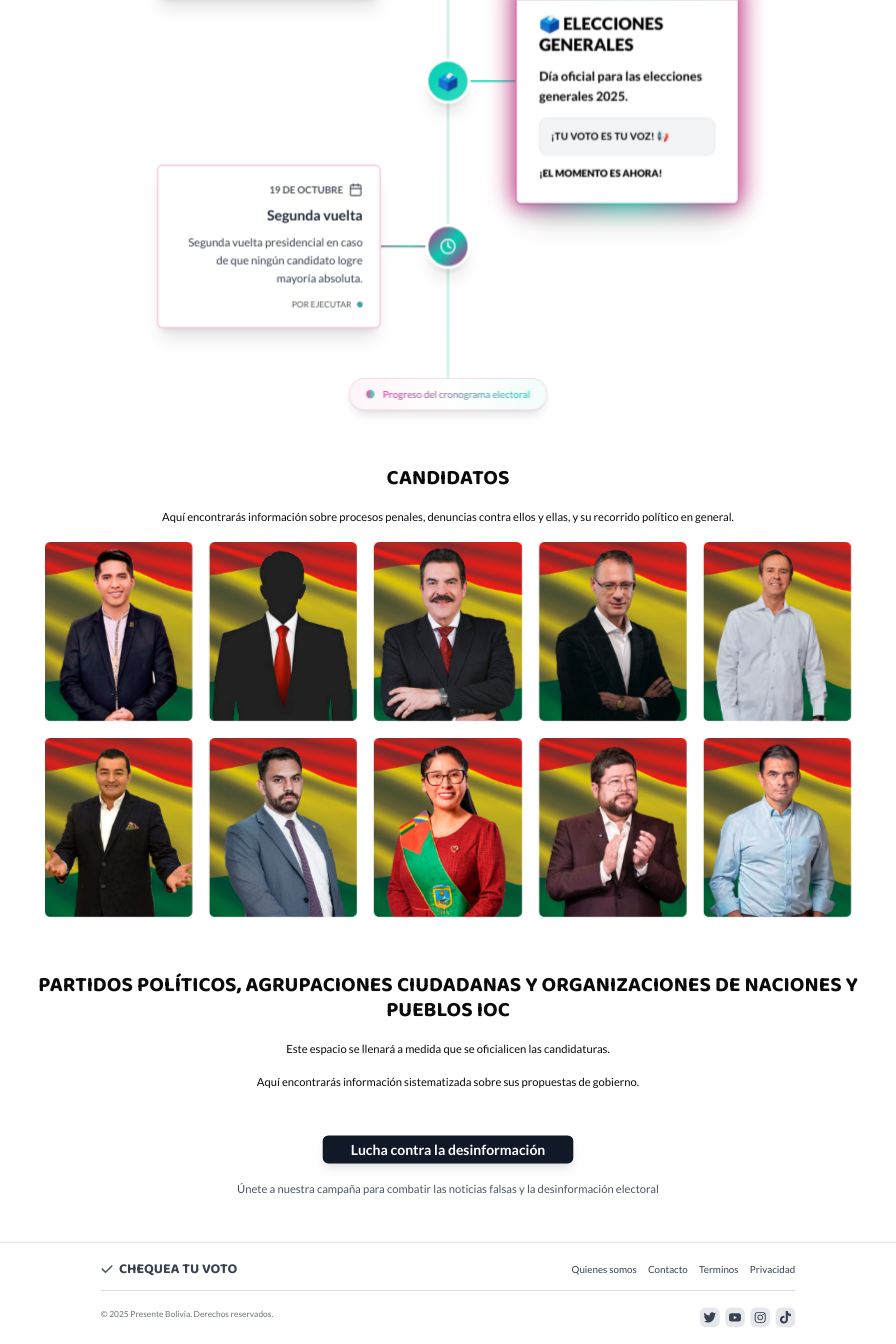
Repository: Roberto8695/chequeatuvoto-v2
Page: /
An editor plug-in stored every save of this project. The page is shown before and after the next save, followed by the edit.
The browser window is 1280 px wide. The pictures show the part of the page from y = 4410 to 6330 px (the page is 6330 px tall), at 70% of full size.
The project was rebuilt for these pictures with package versions that can differ from the ones it lists, and the page was loaded fresh each time. Some packages were replaced by stand-ins written for this rebuild. The framework's server and built-in components were replaced by stand-ins that run in the browser. Also part of the build but not shown: next.config.ts.

Above is the page before, as saved 2025-07-01 18:07:47.

### src/app/layout.tsx
import type { Metadata } from "next";
import { Lato, Baloo_2 } from "next/font/google";
import "./globals.css";
import { Footer } from "./components/footer"; // Ensure correct import path
import { Navbar } from "./components/navbar"; // Ensure correct import path
import Script from "next/script";

const lato = Lato({
  variable: "--font-primary",
  subsets: ["latin"],
  weight: ["300", "400", "700", "900"],
});

const baloo = Baloo_2({
  variable: "--font-secondary",
  subsets: ["latin"],
  weight: ["400", "500", "700"],
});

export const metadata: Metadata = {
  title: "Chequea tu voto",
  description: "Página dedicada a ayudar a la población boliviana a verificar su voto",
  icons: {
    icon: [
      { url: "/logo3.svg", type: "image/svg+xml" },
      { url: "/icon.svg", type: "image/svg+xml" },
    ],
    shortcut: "/logo3.svg",
    apple: "/logo3.svg",
  },
};

export default function RootLayout({
  children,
}: Readonly<{
  children: React.ReactNode;
}>) {
  return (
    <html lang="en">
<body className={`${lato.variable} ${baloo.variable} antialiased`}>
  {/* Google Analytics */}
  <Script
    strategy="afterInteractive"
    src={`https://www.googletagmanager.com/gtag/js?id=G-XXXXXXXXXX`} // Replace with your ID
  />
  <Script
    id="ga-init"
    strategy="afterInteractive"
    dangerouslySetInnerHTML={{
      __html: `
        window.dataLayer = window.dataLayer || [];
        function gtag(){dataLayer.push(arguments);}
        gtag('js', new Date());
        gtag('config', 'G-JVEVFC0HKC', {
          page_path: window.location.pathname,
        });
      `,
    }}
  />

  <div className="flex flex-col min-h-screen">
    <Navbar />
    <main className="flex-1">{children}</main>
    <Footer />
  </div>
</body>

    </html>
  );
}

### src/app/page.tsx
"use client";

import type React from "react";

import { useState, useEffect } from "react";
import {
  Users,
  MessageSquare,
  Vote,
  History,
  UserCheck,
  FileCheck,
} from "lucide-react";
import { Button } from "@/components/ui/button";
import { CardCandidatos } from "./components/card-candidatos";
import HeroSection from "@/components/ui/hero-section";
import FeaturesGrid from "@/components/ui/features-grid";
import AnimatedTimeline from "@/components/ui/animated-timeline";
import LoadingScreen from "@/components/ui/loading-screen";
import Link from "next/link";

const features = [
  {
    name: "¿Sé para qué son estas elecciones? ¿Entiendo la importancia de mi voto?",
    description:
      "Este 2025 elegiremos al Presidente, Vicepresidente y representantes de la Asamblea Legislativa Plurinacional.",
    moreInfo:
      "En 2025 no solo elegiremos al próximo Presidente y Vicepresidente de Bolivia. También decidiremos quiénes nos representarán en la Asamblea Legislativa Plurinacional. Serán 130 diputadas y diputados y 36 senadoras y senadores que tendrán en sus manos la creación, modificación y aprobación de leyes que afectarán directamente nuestra vida cotidiana. Los candidatos varían según tu departamento y tu provincia. Cada voto cuenta y es importante, porque durante los próximos cinco años, estas autoridades influirán en decisiones clave sobre nuestra economía, salud, educación, seguridad y justicia.",

    risks: [
      "Pienso que la política no me afecta y por eso no es importante informarse.",
      "Voto porque es obligatorio y para poder hacer transacciones bancarias.",
      "Pienso a menudo que mi voto no hará la diferencia.",
      "Pienso que tengo que votar por alguien que solo solucione lo urgente.",
    ],
    myrisk: [
      "El OEP no brinda información digerible ni en medios de comunicación abiertos.",
    ],
    icon: Vote,
    image: "/imagenes2/IMAGENES PAGINA WEB/bg-1.jpg",
    color: "bg-blue-50",
  },
  {
    name: "¿Conozco a TODOS los binomios presidenciales? ¿Conozco sus historiales políticos?",
    description:
      "Es imprescindible conocer a todos los candidatos y sus historiales políticos.",
    moreInfo:
      "Muchos candidatos y candidatas tienen un pasado que no necesariamente los define actualmente, sin embargo, si nos puede dar ciertas luces del comportamiento político. Algunos han pasado de partido en partido según su conveniencia o interés, otros han sido procesados o están siendo procesados penalmente, otros han creado grandes fortunas a través de ilícitos. Saber esta información nos puede ayudar a tener una idea de si lo que prometen tiene coherencia con lo que hacen, hicieron o harán y su discurso de cara a la gente.",

    risks: [
      "Solo conozco a uno o algunos candidatos.",
      "Usé solo un medio para informarme.",
      "Algún candidato tiene procesos por corrupción o malversación.",
      "Ha cambiado de partido de manera oportunista.",
    ],
    myrisk: [
      "Algún miembro del binomio tiene un proceso o más en su contra por corrupción, malversación de fondos, violencia o nepotismo.",
      "Algún miembro del binomio ha cambiado de partido o postura de manera oportunista durante su carrera política.",
    ],
    icon: History,
    image: "/imagenes2/IMAGENES PAGINA WEB/candidatos-bg.png",
    color: "bg-amber-50",
  },
  {
    name: "¿Las propuestas de los candidatos son realistas y están bien fundamentadas?",
    description:
      "Es importante saber si las propuestas son factibles y tienen fundamentos sólidos.",
    moreInfo:
      "Una ciudadanía informada fortalece la democracia. Muchas veces votamos por intuición o 'al tink'azo', pero es clave ir más allá: entender qué se propone y, sobre todo, cómo se piensa lograr. Analizar la lógica y viabilidad de las propuestas ayuda a imaginar cómo gobernarían en temas como trabajo, salud, educación, justicia y seguridad. Más allá de la propaganda, vale la pena evaluar perfiles, antecedentes y planes concretos.",
    risks: [
      "Me informo de las propuestas solo en redes sociales y de solo contenido que me hace sentir cómodo o cómoda. ",
    ],
    myrisk: [
      "Todas sus propuestas están dirigidas a atender solo temas urgentes.",
      "Sus propuestas son sumamente densas y tienen contradicciones importantes. ",
      "Su discurso está basado principalmente en el ataque a otro candidato, partido, ideología o gestión gubernamental.",
    ],
    icon: FileCheck,
    image: "/imagenes2/IMAGENES PAGINA WEB/bg-3.webp",
    color: "bg-purple-50",
  },
  {
    name: "¿Conozco a los candidatos a parlamentarios que representarán mi departamento y provincia?",
    moreInfo:
      "Los parlamentarios que son los miembros de la Asamblea Legislativa Plurinacional, o sea diputados y senadores son usualmente líderes más o menos cercanos a nosotros. Es fundamental intentar indagar en su historial político, informarse no solo con propaganda creada por ellos mismos. ",
    description:
      "Es clave investigar sus antecedentes y evitar votar solo por propaganda.",
    risks: [
      "No saber quien es el representante parlamentario de mi circunscripcion.",
    ],
    myrisk: [
      "Nunca se involucró en temas políticos o sociales antes en tu localidad, ciudad o región y da la impresión que está buscando solo una pega o trabajo.",
      "Cuando hablan en prensa o cualquier otro medio solo repiten el mismo discurso que el Presidente o Vicepresidente de su partido o alianza política. ",
      "Solo existe información suya en forma de propaganda política.",
    ],
    icon: UserCheck,
    image: "/imagenes2/IMAGENES PAGINA WEB/parlamentario.png",
    color: "bg-green-50",
  },
];

const timelineEvents = [
  {
    date: "3 de abril",
    title: "Convocatoria a Elecciones Generales",
    description:
      "Convocatoria realizada por el Tribunal Supremo Electoral para las elecciones generales de 2025.",
  },
  {
    date: "18 de abril al 7 de mayo",
    title: "Empadronamiento biométrico masivo",
    description:
      "Periodo en el que los ciudadanos pueden registrarse en el padrón electoral biométrico.",
  },
  {
    date: "18 de abril",
    title: "Último día para registro de alianzas",
    description:
      "Fecha límite para que las alianzas políticas soliciten su registro ante el TSE.",
  },
  {
    date: "9 al 19 de mayo",
    title: "Presentación del programa de gobierno",
    description:
      "Periodo para que partidos y alianzas presenten su programa ante el Tribunal Supremo Electoral.",
  },
  {
    date: "14 al 19 de mayo",
    title: "Inscripción de candidaturas",
    description:
      "Inscripción oficial de candidaturas y entrega de documentos habilitantes ante el TSE.",
  },
  {
    date: "19 de mayo",
    title: "Renuncia a cargos públicos",
    description:
      "Fecha límite para que los candidatos renuncien a cargos públicos y lo comuniquen al TSE.",
  },
  {
    date: "25 de mayo",
    title: "Publicación de programas de gobierno",
    description:
      "Los programas presentados se publican en los portales del TSE y TEDs.",
  },
  {
    date: "6 de junio",
    title: "Publicación de candidaturas habilitadas",
    description: "El TSE publica la lista oficial de candidaturas habilitadas.",
  },
  {
    date: "13 de julio",
    title: "Publicación de candidaturas con sustitución",
    description: "El TSE publica las candidaturas modificadas por renuncia.",
  },
  {
    date: "17 de agosto",
    title: "Elecciones generales",
    description: "Día oficial para las elecciones generales 2025.",
  },
  {
    date: "19 de octubre",
    title: "Segunda vuelta",
    description:
      "Segunda vuelta presidencial en caso de que ningún candidato logre mayoría absoluta.",
  },
];

export default function Home() {
  const [isLoading, setIsLoading] = useState(true);

  // Precargar componentes en el fondo durante el loading
  useEffect(() => {
    // Simular precarga de componentes pesados
    const preloadComponents = async () => {
      // Dar tiempo para que React monte los componentes en el fondo
      await new Promise(resolve => setTimeout(resolve, 100));
    };

    preloadComponents();
  }, []);

  const handleLoadingComplete = () => {
    setIsLoading(false);
  };

  return (
    <>
      {/* Precargar componentes en el fondo mientras se muestra el loading */}
      {isLoading && (
        <div style={{ position: 'absolute', left: '-9999px', top: '-9999px', visibility: 'hidden' }}>
          <HeroSection />
          <div className="max-w-screen-xl mx-auto">
            <FeaturesGrid features={features} />
            <AnimatedTimeline events={timelineEvents} />
          </div>
        </div>
      )}

      {/* Loading Screen */}
      {isLoading && <LoadingScreen onLoadingComplete={handleLoadingComplete} />}

      {/* Contenido principal */}
      {!isLoading && (
        <>
          {/* Hero Section */}
          <HeroSection />

          <main className="py-16 px-4 sm:px-8">
            <div className="max-w-screen-xl mx-auto">
              {/* Features Grid Section */}
              <div className="mt-16">
                <FeaturesGrid features={features} />
              </div>


              <div id="timeline" className="mt-32 sm:mt-20">
                <AnimatedTimeline events={timelineEvents} />
              </div>

              <div id="parties" className="mt-16 sm:mt-20">
                <h2 className="text-3xl font-bold mb-6 text-center font-round">
                  CANDIDATOS
                </h2>

                <h3 className="text-base mb-6 text-center">
                  Aquí encontrarás información sobre procesos penales, denuncias
                  contra ellos y ellas, y su recorrido político en general.
                </h3>
                <CardCandidatos/>
              </div>

              <div id="parties" className="mt-16 sm:mt-20">
                <h2 className="text-3xl font-bold mb-6 text-center font-round">
                  PARTIDOS POLÍTICOS, AGRUPACIONES CIUDADANAS Y ORGANIZACIONES DE
                  NACIONES Y PUEBLOS IOC
                </h2>
                <h3 className="text-base mb-6 text-center">
                  Este espacio se llenará a medida que se oficialicen las
                  candidaturas.
                </h3>
                <h3 className="text-base mb-6 text-center">
                  Aquí encontrarás información sistematizada sobre sus propuestas de
                  gobierno.
                </h3>
              </div>

              <div className="mt-16 text-center">
                <Button
                  className="bg-gray-900 hover:bg-gray-950 text-white font-bold py-4 px-10 rounded-lg shadow-lg transform transition-transform hover:scale-105 text-xl"
                  onClick={() =>
                    window.open(" https://chequeabolivia.bo/ ", "_blank")
                  }
                >
                  Lucha contra la desinformación
                </Button>
                <p className="mt-6 text-base text-gray-600">
                  Únete a nuestra campaña para combatir las noticias falsas y la
                  desinformación electoral
                </p>
              </div>
            </div>
          </main>
        </>
      )}
    </>
  );
}

### src/components/ui/button.tsx
import * as React from "react"
import { Slot } from "@radix-ui/react-slot"
import { cva, type VariantProps } from "class-variance-authority"

import { cn } from "@/lib/utils"

const buttonVariants = cva(
  "inline-flex items-center justify-center gap-2 whitespace-nowrap rounded-md text-sm font-medium ring-offset-background transition-colors focus-visible:outline-none focus-visible:ring-2 focus-visible:ring-ring focus-visible:ring-offset-2 disabled:pointer-events-none disabled:opacity-50 [&_svg]:pointer-events-none [&_svg]:size-4 [&_svg]:shrink-0",
  {
    variants: {
      variant: {
        default: "bg-primary text-primary-foreground hover:bg-primary/90",
        destructive:
          "bg-destructive text-destructive-foreground hover:bg-destructive/90",
        outline:
          "border border-input bg-background hover:bg-accent hover:text-accent-foreground",
        secondary:
          "bg-secondary text-secondary-foreground hover:bg-secondary/80",
        ghost: "hover:bg-accent hover:text-accent-foreground",
        link: "text-primary underline-offset-4 hover:underline",
      },
      size: {
        default: "h-10 px-4 py-2",
        sm: "h-9 rounded-md px-3",
        lg: "h-11 rounded-md px-8",
        icon: "h-10 w-10",
      },
    },
    defaultVariants: {
      variant: "default",
      size: "default",
    },
  }
)

export interface ButtonProps
  extends React.ButtonHTMLAttributes<HTMLButtonElement>,
    VariantProps<typeof buttonVariants> {
  asChild?: boolean
}

const Button = React.forwardRef<HTMLButtonElement, ButtonProps>(
  ({ className, variant, size, asChild = false, ...props }, ref) => {
    const Comp = asChild ? Slot : "button"
    return (
      <Comp
        className={cn(buttonVariants({ variant, size, className }))}
        ref={ref}
        {...props}
      />
    )
  }
)
Button.displayName = "Button"

export { Button, buttonVariants }

### src/app/components/card-candidatos.tsx
import { FocusCards } from "@/components/ui/focus-cards";

export function CardCandidatos() {
  const cards = [
    {
      title: "Andronico Rodríguez",
      team: "ALIANZA POPULAR",
      src: "/imagenes2/IMAGENES PAGINA WEB/andronico.jpg",
      slug: "alianza-popular",
    },
    {
      title: "A confirmar",
      team: "ADN",
      src: "/imagenes2/IMAGENES PAGINA WEB/proximamente-extra.jpg",
      slug: "adn",
    },
    {
      title: "Manfred Reyes Villa",
      team: "APB-SUMATE",
      src: "/imagenes2/IMAGENES PAGINA WEB/Manfred.jpg",
      slug: "apb-sumate",
    },
    {
      title: "Jaime Dunn",
      team: "NGP",
      src: "/imagenes2/IMAGENES PAGINA WEB/jaime-dunn.jpg",
      slug: "ngp",
    },
    {
      title: "Jorge Tuto Quiroga",
      team: "FRI",
      src: "/imagenes2/IMAGENES PAGINA WEB/tutito.jpg",
      slug: "fri",
    },
    {
      title: "Jhonny Fernández",
      team: "UCS",
      src: "/imagenes2/IMAGENES PAGINA WEB/jhonny-fernandez.jpg",
      slug: "ucs",
    },
    {
      title: "Eduardo Del Castillo",
      team: "MAS-IPSP",
      src: "/imagenes2/IMAGENES PAGINA WEB/eduardo-del-castillo.jpg",
      slug: "mas-ipsp",
    },
    {
      title: "Eva Copa",
      team: "MORENA",
      src: "/imagenes2/IMAGENES PAGINA WEB/eva-copa.jpg",
      slug: "morena",
    },
     {
      title: "Samuel Doria Medina",
      team: "UN",
      src: "/imagenes2/IMAGENES PAGINA WEB/samuel-doria-medina.jpg",
      slug: "un",
    },
    {
      title: "Rodrigo Paz Pereira",
      team: "PDC",
      src: "/imagenes2/IMAGENES PAGINA WEB/rodrigo-paz.jpg",
      slug: "pdc",
    },



  ];

  return <FocusCards cards={cards} />;
}

### src/components/ui/hero-section.tsx
"use client"

import ElectionCountdown from "@/components/ui/countdown"


export default function HeroSection() {
  return (
    <section className="relative min-h-screen bg-gradient-to-br from-[#de2488]/5 via-white to-[#00cfaf]/5 overflow-hidden">
      {/* Elementos decorativos de fondo */}
      <div className="absolute inset-0 overflow-hidden">
        {/* Formas geométricas con los nuevos colores */}
        <div className="absolute top-20 left-10 w-32 h-32 bg-[#de2488]/10 rounded-full animate-pulse"></div>
        <div className="absolute top-40 right-20 w-24 h-24 bg-[#00cfaf]/15 rotate-45 animate-bounce"></div>
        <div className="absolute bottom-32 left-20 w-28 h-28 bg-[#de2488]/10 rounded-lg animate-pulse"></div>
        <div className="absolute bottom-20 right-10 w-20 h-20 bg-[#00cfaf]/10 rotate-12 animate-bounce"></div>

        {/* Líneas decorativas con los nuevos colores */}
        <div className="absolute top-0 left-1/4 w-1 h-full bg-gradient-to-b from-[#de2488]/30 via-[#00cfaf]/20 to-[#de2488]/30 animate-pulse"></div>
        <div className="absolute top-0 right-1/3 w-1 h-full bg-gradient-to-b from-[#00cfaf]/30 via-[#de2488]/20 to-[#00cfaf]/30 animate-pulse"></div>

        {/* Círculos adicionales para más dinamismo */}
        <div className="absolute top-1/3 left-1/2 w-40 h-40 bg-gradient-to-r from-[#de2488]/5 to-[#00cfaf]/5 rounded-full animate-pulse transform -translate-x-1/2"></div>
        <div className="absolute bottom-1/4 right-1/4 w-24 h-24 bg-[#de2488]/8 rounded-full animate-bounce"></div>
      </div>

      <div className="relative z-10 max-w-7xl mx-auto px-4 sm:px-6 lg:px-8 py-12">        {/* Header con texto principal centrado */}
        <div className="text-center mb-16">
          <div className="flex flex-col items-center justify-center">
            <h1 className="text-4xl sm:text-5xl lg:text-6xl font-bold font-round mb-8 text-black leading-tight">
              TE AYUDAMOS A VOTAR INFORMADO
            </h1>

            {/* Countdown integrado debajo del texto */}
            <div className="flex justify-center">
              <ElectionCountdown />
            </div>
          </div>
        </div>


      </div>
    </section>
  )
}

### src/components/ui/card.tsx
import * as React from "react"

import { cn } from "@/lib/utils"

const Card = React.forwardRef<
  HTMLDivElement,
  React.HTMLAttributes<HTMLDivElement>
>(({ className, ...props }, ref) => (
  <div
    ref={ref}
    className={cn(
      "rounded-lg border bg-card text-card-foreground shadow-sm",
      className
    )}
    {...props}
  />
))
Card.displayName = "Card"

const CardHeader = React.forwardRef<
  HTMLDivElement,
  React.HTMLAttributes<HTMLDivElement>
>(({ className, ...props }, ref) => (
  <div
    ref={ref}
    className={cn("flex flex-col space-y-1.5 p-6", className)}
    {...props}
  />
))
CardHeader.displayName = "CardHeader"

const CardTitle = React.forwardRef<
  HTMLDivElement,
  React.HTMLAttributes<HTMLDivElement>
>(({ className, ...props }, ref) => (
  <div
    ref={ref}
    className={cn(
      "text-2xl font-semibold leading-none tracking-tight",
      className
    )}
    {...props}
  />
))
CardTitle.displayName = "CardTitle"

const CardDescription = React.forwardRef<
  HTMLDivElement,
  React.HTMLAttributes<HTMLDivElement>
>(({ className, ...props }, ref) => (
  <div
    ref={ref}
    className={cn("text-sm text-muted-foreground", className)}
    {...props}
  />
))
CardDescription.displayName = "CardDescription"

const CardContent = React.forwardRef<
  HTMLDivElement,
  React.HTMLAttributes<HTMLDivElement>
>(({ className, ...props }, ref) => (
  <div ref={ref} className={cn("p-6 pt-0", className)} {...props} />
))
CardContent.displayName = "CardContent"

const CardFooter = React.forwardRef<
  HTMLDivElement,
  React.HTMLAttributes<HTMLDivElement>
>(({ className, ...props }, ref) => (
  <div
    ref={ref}
    className={cn("flex items-center p-6 pt-0", className)}
    {...props}
  />
))
CardFooter.displayName = "CardFooter"

export { Card, CardHeader, CardFooter, CardTitle, CardDescription, CardContent }

Loaded but not shown: src/lib/utils.ts (common file); src/components/ui/animated-timeline.tsx (510 lines, source omitted); src/components/ui/features-grid.tsx (308 lines, source omitted); src/components/ui/countdown.tsx (183 lines, source omitted); src/app/globals.css (215 lines, source omitted); src/app/components/navbar.tsx (92 lines, source omitted); src/components/ui/focus-cards.tsx (102 lines, source omitted); src/components/ui/loading-screen.tsx (98 lines, source omitted); tailwind.config.ts (96 lines, source omitted); src/app/components/footer.tsx (62 lines, source omitted)

After the next save:
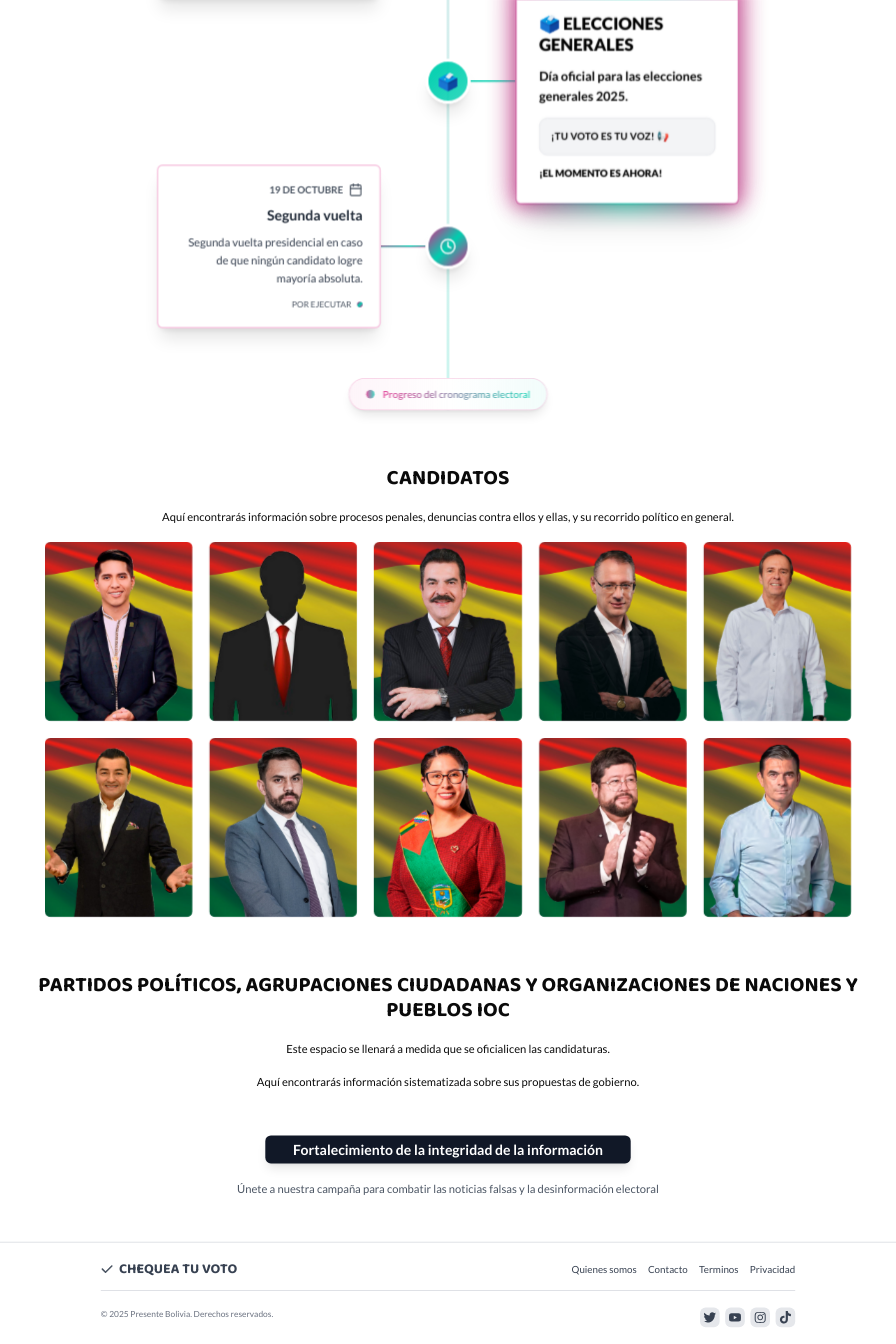
Saved 80 s later.
--- a/src/app/page.tsx
+++ b/src/app/page.tsx
@@ -251,7 +251,7 @@
                     window.open(" https://chequeabolivia.bo/ ", "_blank")
                   }
                 >
-                  Lucha contra la desinformación
+                  Fortalecimiento de la integridad de la información
                 </Button>
                 <p className="mt-6 text-base text-gray-600">
                   Únete a nuestra campaña para combatir las noticias falsas y la
